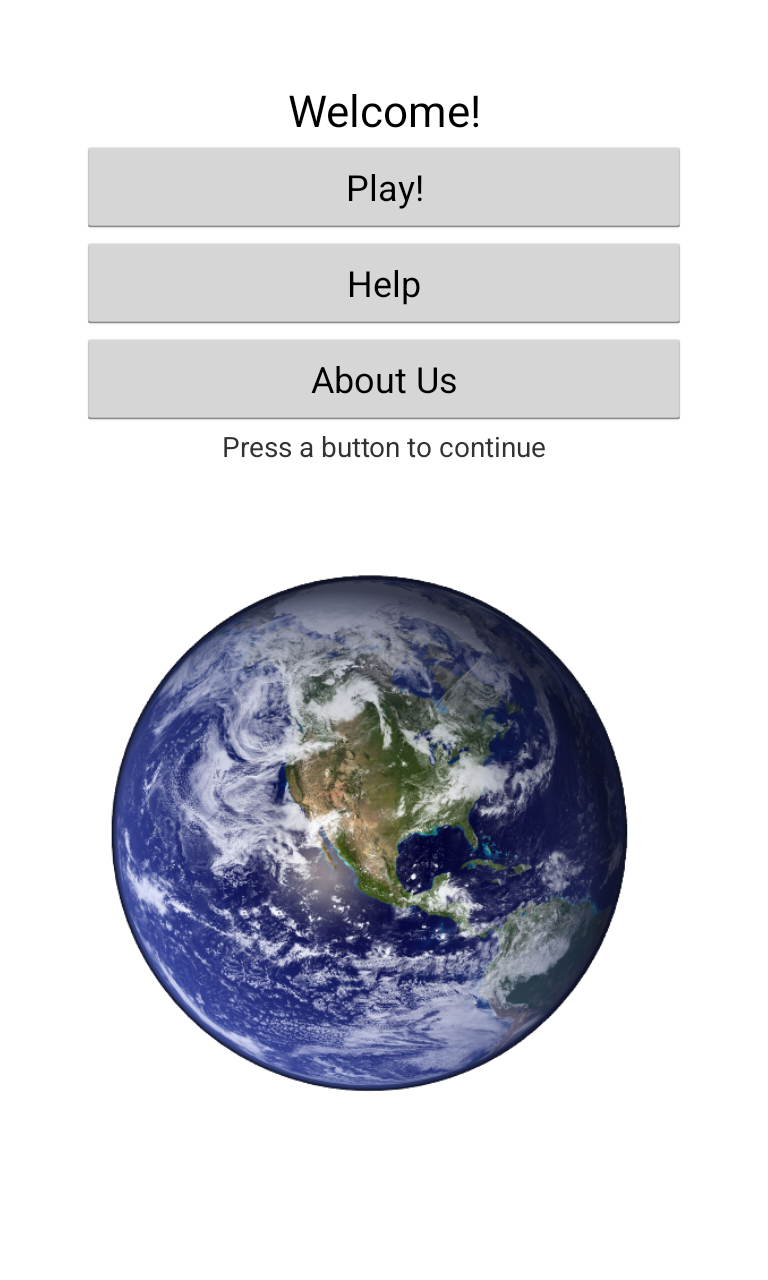
Repository: AGNT/Mobile_application_SU13
Layout: android/Locate/res/layout/activity_menu.xml
These files come from the project's save history. The layout is drawn as it stood at one moment and after the next save; the edit follows.
It is drawn on a 768 x 1280 px phone screen (xhdpi) without system bars, with theme AppTheme; the app's code is not run.

Above is the layout before, as saved 2013-08-05 17:22:19.

After the next save:
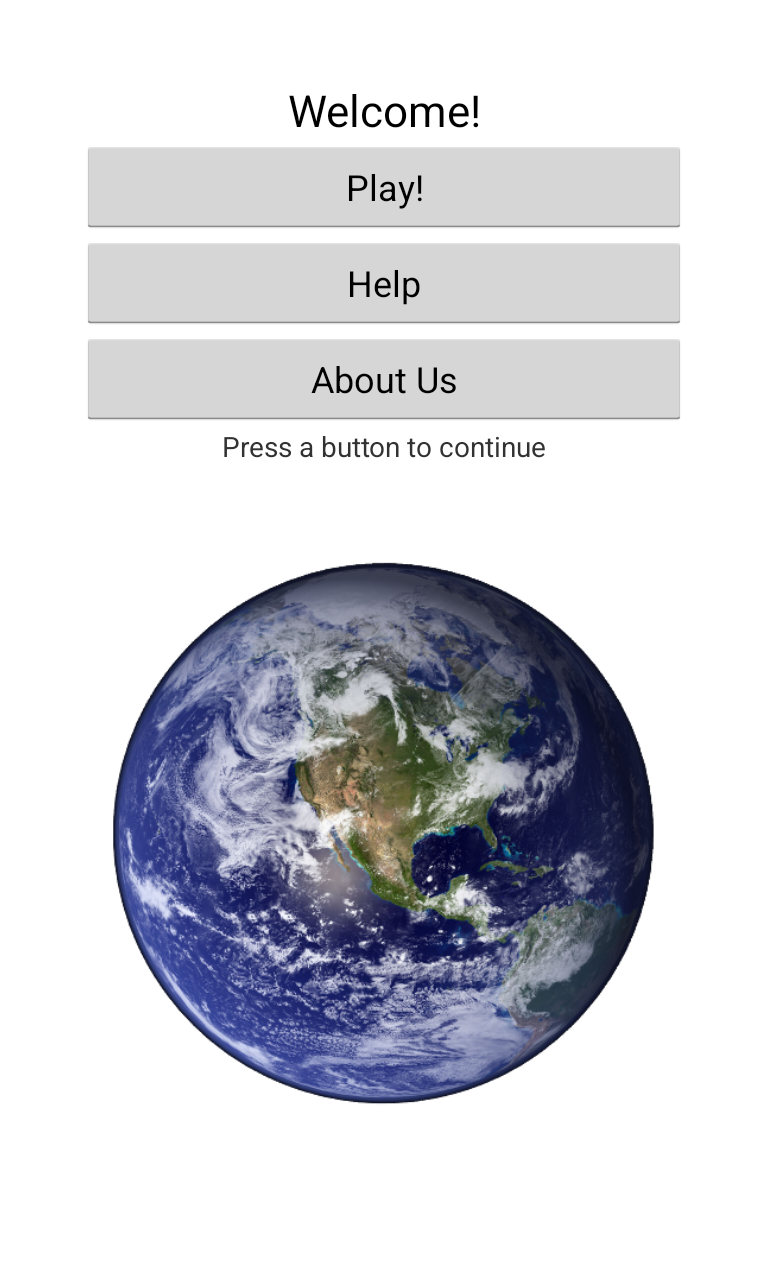
Saved 31 s later.
--- a/android/Locate/res/layout/activity_menu.xml
+++ b/android/Locate/res/layout/activity_menu.xml
@@ -3,20 +3,19 @@
     android:layout_width="match_parent"
     android:layout_height="match_parent"
     android:orientation="vertical"
+    android:padding="40dp"
     android:paddingBottom="@dimen/activity_vertical_margin"
     android:paddingLeft="@dimen/activity_horizontal_margin"
     android:paddingRight="@dimen/activity_horizontal_margin"
     android:paddingTop="@dimen/activity_vertical_margin"
-    tools:context=".Menu"
-    android:padding="40dp" >
-
+    tools:context=".Menu" >
 
     <TextView
         android:id="@+id/textView1"
         android:layout_width="match_parent"
         android:layout_height="wrap_content"
+        android:gravity="center"
         android:text="Welcome!"
-        android:gravity="center"
         android:textAppearance="?android:attr/textAppearanceLarge" />
 
     <Button
@@ -41,15 +40,15 @@
         android:id="@+id/textView2"
         android:layout_width="match_parent"
         android:layout_height="wrap_content"
+        android:gravity="center"
         android:text="Press a button to continue"
-        android:gravity="center"
         android:textAppearance="?android:attr/textAppearanceSmall" />
 
     <ImageView
         android:id="@+id/imageView1"
-        android:layout_width="290dp"
+        android:layout_width="match_parent"
         android:layout_height="196dp"
-        android:layout_weight="0.52"
+        android:layout_weight="0.66"
         android:src="@drawable/ic_launcher" />
 
 </LinearLayout>
